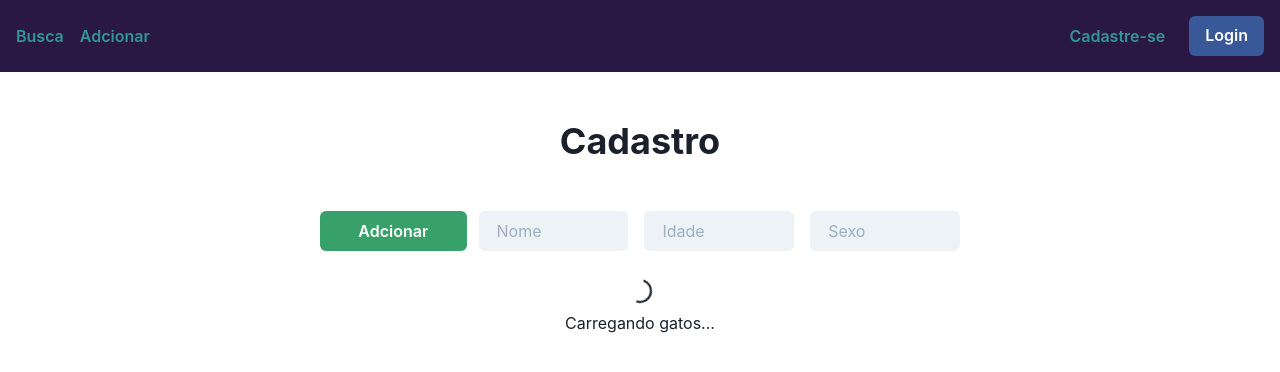
Repository: thislucasme/front-end-cats-react.js
Page: /cadastro
These files come from the project's save history. The page is drawn as it stood at one moment and after the next save; the edit follows.
The browser window is 1280 px wide. The pictures show the whole page.
The page's requests for data from a server got no answer. The project was rebuilt for these pictures with package versions that can differ from the ones it lists, and the page was loaded fresh each time. No one was signed in, and anything a server would have sent is missing. Also part of the build but not shown: src/hooks/gato.hooks.ts, src/pages/busca.gatos.tsx, src/pages/login.tsx, src/pages/casdastro.tsx.

Above is the page before, as saved 2021-10-28 14:47:57.

### src/index.tsx
import { ColorModeScript } from "@chakra-ui/react"
import * as React from "react"
import ReactDOM from "react-dom"
import { App } from "./App"
import reportWebVitals from "./reportWebVitals"
import * as serviceWorker from "./serviceWorker"
import { ChakraProvider, theme } from '@chakra-ui/react'

ReactDOM.render(
  <React.StrictMode>
    <ColorModeScript />
    <ChakraProvider theme={theme}>
      <App />
    </ChakraProvider>
  </React.StrictMode>,
  document.getElementById("root"),
)

// If you want your app to work offline and load faster, you can change
// unregister() to register() below. Note this comes with some pitfalls.
// Learn more about service workers: https://cra.link/PWA
serviceWorker.unregister()

// If you want to start measuring performance in your app, pass a function
// to log results (for example: reportWebVitals(console.log))
// or send to an analytics endpoint. Learn more: https://bit.ly/CRA-vitals
reportWebVitals()

### src/App.tsx
import React from "react";
import { Cadastro } from "./pages/cadastro.gatos";
import { BrowserRouter, Switch, Route } from "react-router-dom";
import { Busca } from "./pages/busca.gatos";
import { Login } from "./pages/login";
import { UserCadastro } from "./pages/casdastro";


export const App: React.FC = () => {
  return (
    <BrowserRouter>
      <Switch>
        <Route exact path={'/cadastro'} component={Cadastro} />
        <Route exact path={'/buscar'} component={Busca} />
        <Route exact path={'/login'} component={Login} />
        <Route exact path={'/cadastro/user'} component={UserCadastro} />

      </Switch>
    </BrowserRouter>
  );
}

### src/pages/cadastro.gatos.tsx
import { Button, Flex, Input, Container, Heading, VStack, Center } from "@chakra-ui/react";
import axios from "axios";
import React, { useState } from "react";
import { Lista } from "../components/lista.gatos";
import useSWR from "swr";
import { Menu } from "../components/menu";
export const Cadastro = () => {
	const [nome, setNome] = useState("");
	const [idade, setIdade] = useState("");
	const [sexo, setSexo] = useState("");


	const apiRequest = (url: string) => axios.get(url).then(response => response.data);

	//get all data
	const { data, error, mutate } = useSWR('http://localhost:3000/cats', apiRequest);

	const salvar = () => {

		const dadosTemp = {
			nome: nome,
			idade: Number(idade),
			sexo: sexo
		}

		axios.post('http://localhost:3000/cats/cat', dadosTemp)
			.then(result => {
				console.log("salvo");
				mutate();

			}).catch(error => {
				console.log("erro ao salvar")
			});
	}
	function onDeleteGato(id: number) {
		axios.delete('http://localhost:3000/cats/' + id)
			.then(response => {
				mutate();
			})
	}

	return (
		<Center>
			<VStack w="full">
				<Menu />
				<VStack w="50%">
					<Heading my={10}>Cadastro</Heading>
					<Flex w="full" mt={5}>
						<Button mr={3} w="full" colorScheme="green" onClick={() => { salvar() }}>Adcionar</Button>
						<Input valule={nome} onChange={(e) => { setNome(e.target.value) }} variant="filled" placeholder="Nome" />
						<Input valule={idade} onChange={(e) => { setIdade(e.target.value) }} ml={4} variant="filled" placeholder="Idade" />
						<Input valule={sexo} onChange={(e) => { setSexo(e.target.value) }} ml={4} variant="filled" placeholder="Sexo" />
					</Flex>

					<Lista gatos={data} onDelete={onDeleteGato} error={error} />
				</VStack>
			</VStack>
		</Center>
	);
}

### src/components/lista.gatos.tsx
import React, { FC } from "react";
import { Button, Table, Tbody, Td, Th, Thead, Tr, Image, Spinner, VStack, Text, AlertIcon, Alert, Box } from "@chakra-ui/react";
import { Cat } from "../cat.interface";


type Props = {
	gatos: Array<any>,
	error: any,
	onDelete: (id: number) => void
}

export const Lista: FC<Props> = (props) => {



	if (!props.gatos) return (
		<VStack>
			<Spinner mt={5} />
			<Text>Carregando gatos...</Text>
		</VStack>
	);

	if (props.error) {
		return (
			<Alert status="error">
				<AlertIcon />
				Ocorreu um erro
			</Alert>
		);
	}

	return (
		<>
			{props.children}

			<Table mt={5} variant="simple">
				<Thead>
					<Tr>
						<Th>ID</Th>
						<Th>Nome</Th>
						<Th>Idade</Th>
						<Th>Sexo</Th>
						<Th>Ação</Th>
					</Tr>
				</Thead>
				<Tbody>
					{
						props.gatos?.map((res: Cat) => (
							<Tr key={res.idGato} color={"gray"} fontSize={"md"}>
								<Td>{res.idGato}</Td>
								<Td>{res.nome}</Td>
								<Td>{res.idade}</Td>
								<Td>{res.sexo}</Td>
								<Td><Button ml={4} variant={"ghost"} onClick={() => { props.onDelete(res.idGato) }}><Image src="https://i.ibb.co/89zmrZs/delete.png" /></Button></Td>
							</Tr>
						)).reverse()
					}

				</Tbody>

			</Table>
		</>
	);
}

### src/components/menu.tsx
import { Box, Button, Flex, Spacer } from "@chakra-ui/react";
import React from "react";
export const Menu = () => {

	function openLink(url: string) {
		window.open(url, '_self')
	}
	return (
		<>
			<Flex p={4} bg={"#291744"} w={"full"}>
				<Button onClick={() => { openLink('/buscar') }} mr={4} colorScheme="teal" variant="link">
					Busca
				</Button>
				<Button onClick={() => { openLink('/cadastro') }} mr={4} colorScheme="teal" variant="link">
					Adcionar
				</Button>
				<Spacer />
				<Button variant="link" mr={6} onClick={() => { openLink('/cadastro/user') }} colorScheme="teal">Cadastre-se</Button>
				<Button onClick={() => { openLink('/login') }} colorScheme="facebook">Login</Button>
			</Flex>
		</>
	);
}

Loaded but not shown: public/index.html (common file); src/reportWebVitals.ts (common file); src/serviceWorker.ts (common file)

After the next save:
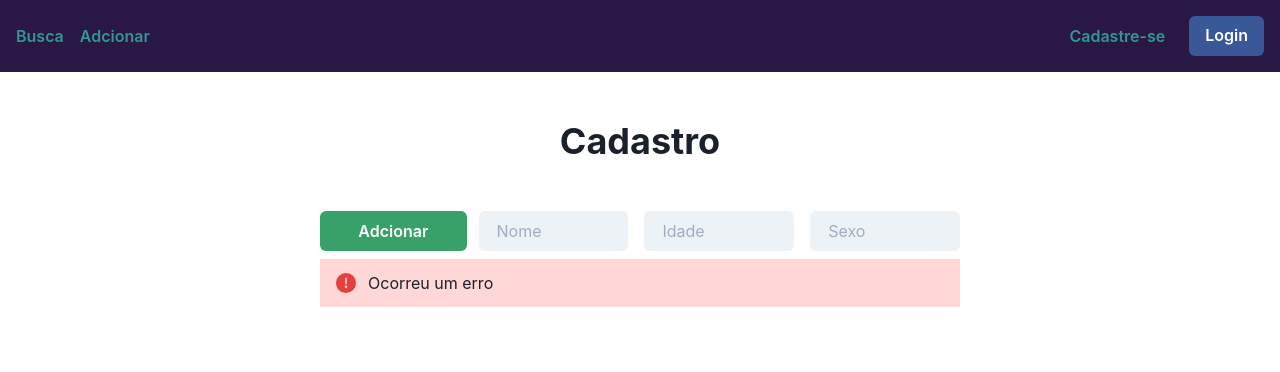
Saved 8 min 5 s later.
--- a/src/components/lista.gatos.tsx
+++ b/src/components/lista.gatos.tsx
@@ -12,6 +12,14 @@ type Props = {
 export const Lista: FC<Props> = (props) => {
 
 
+	if (props.error) {
+		return (
+			<Alert status="error">
+				<AlertIcon />
+				Ocorreu um erro
+			</Alert>
+		);
+	}
 
 	if (!props.gatos) return (
 		<VStack>
@@ -20,14 +28,7 @@ export const Lista: FC<Props> = (props) => {
 		</VStack>
 	);
 
-	if (props.error) {
-		return (
-			<Alert status="error">
-				<AlertIcon />
-				Ocorreu um erro
-			</Alert>
-		);
-	}
+
 
 	return (
 		<>
